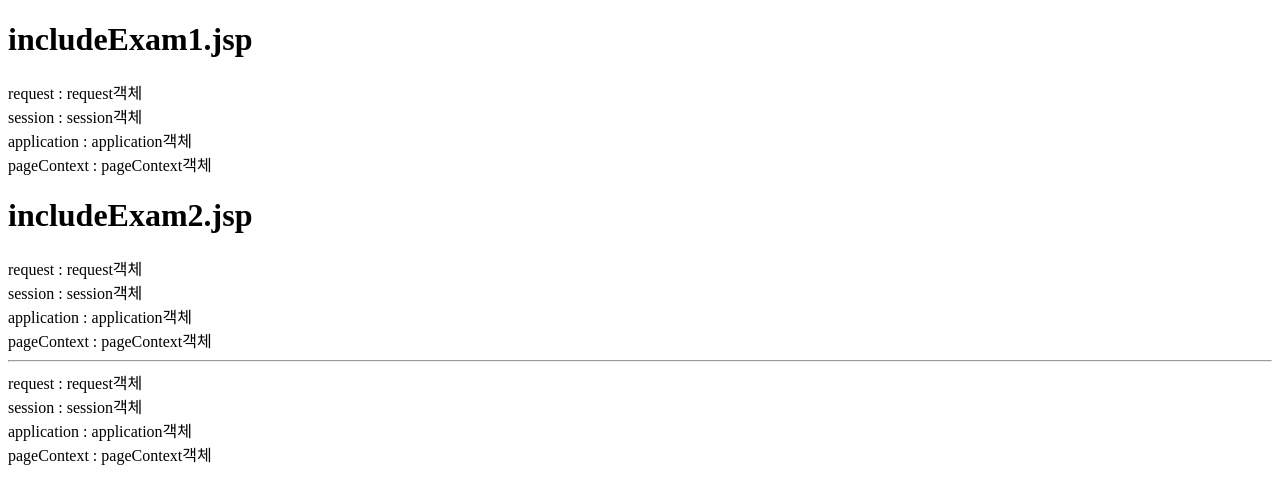
Repository: lty516/jspwork
Page: http://localhost/myjsp2/actiontag/includeExam4.jsp
The author's editor kept a copy of each file at every save. The page is drawn from the files as they stood at one save, then again after the next save.
The browser window is 1280 px wide. The pictures show the whole page.
The page is served by Tomcat 9.

Above is the page before, as saved 2020-08-14 01:17:40.

After the next save:
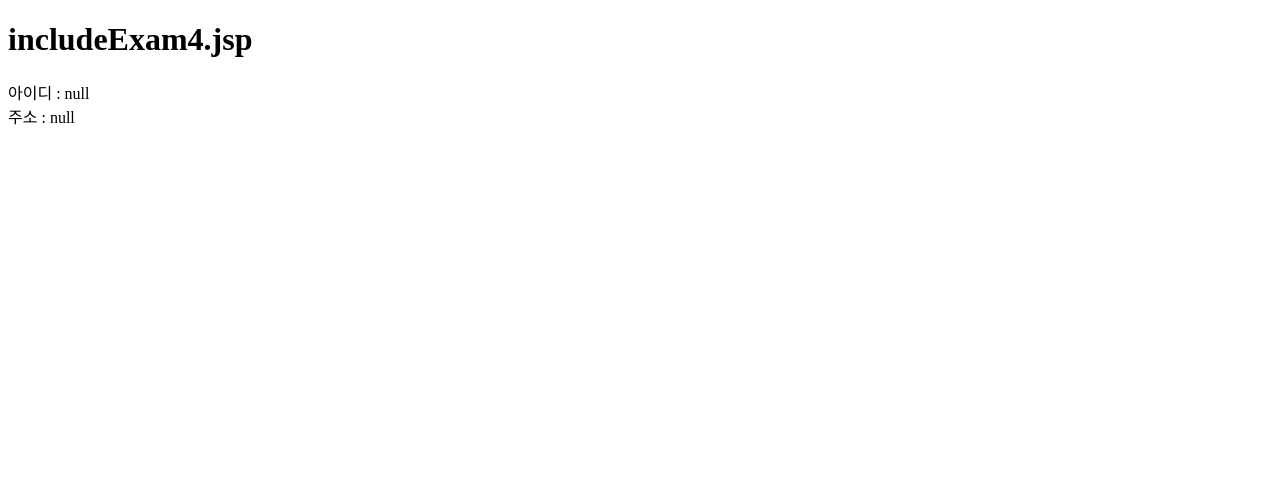
Saved 2 min 1 s later.
--- a/myjsp2/WebContent/actiontag/includeExam4.jsp
+++ b/myjsp2/WebContent/actiontag/includeExam4.jsp
@@ -1,36 +1,13 @@
-<%@ page contentType="text/html; charset=utf-8"%>
+<%@ page contentType="text/html; charset=UTF-8"%>
 <!DOCTYPE html>
 <html>
 <head>
-<meta charset="utf-8">
+<meta charset="UTF-8">
 <title>Insert title here</title>
 </head>
-	<body>
-		<h1>includeExam1.jsp</h1>
-
-		<%
-			request.setAttribute("first","request객체");
-			session.setAttribute("first","session객체");
-			application.setAttribute("first","application객체");
-			pageContext.setAttribute("first","pageContext객체");
-		%>
-
-		request : <%= request.getAttribute("first") %> <br>
-		session : <%= session.getAttribute("first") %> <br>
-		application : <%= application.getAttribute("first") %> <br>
-		pageContext : <%= pageContext.getAttribute("first") %> <br>
-
-		<!-- <jsp:include page="includeExam2.jsp" /> -->
-		<%@include file="includeExam2.jsp" %>
-
-		<hr/>
-
-		request : <%= request.getAttribute("second") %> <br>
-		session : <%= session.getAttribute("second") %> <br>
-		application : <%= application.getAttribute("second") %> <br>
-		pageContext : <%= pageContext.getAttribute("second") %> <br>
-
-
-
-	</body>
+<body>
+	<h1>includeExam4.jsp</h1>
+	아이디 : <%= request.getParameter("id") %> <br>
+	주소 : <%= request.getParameter("addr") %> <br>
+</body>
 </html>
